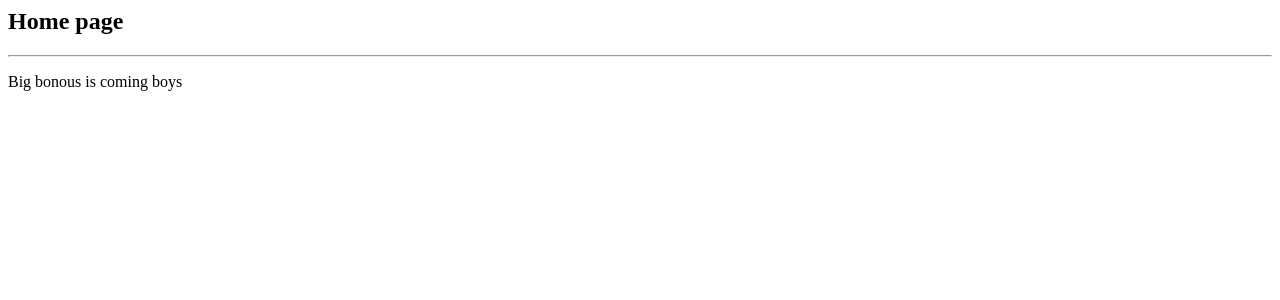
Repository: hardytomp/study-spring-hibernate-jpa-springboot-rest
Page: http://localhost/spring-security-demo-07-user-roles/leaders
An editor plug-in stored every save of this project. The page is shown before and after the next save, followed by the edit.
The browser window is 1280 px wide. The pictures show the whole page.
The page is served by Tomcat 9.

Above is the page before, as saved 2020-04-27 06:21:08.

After the next save:
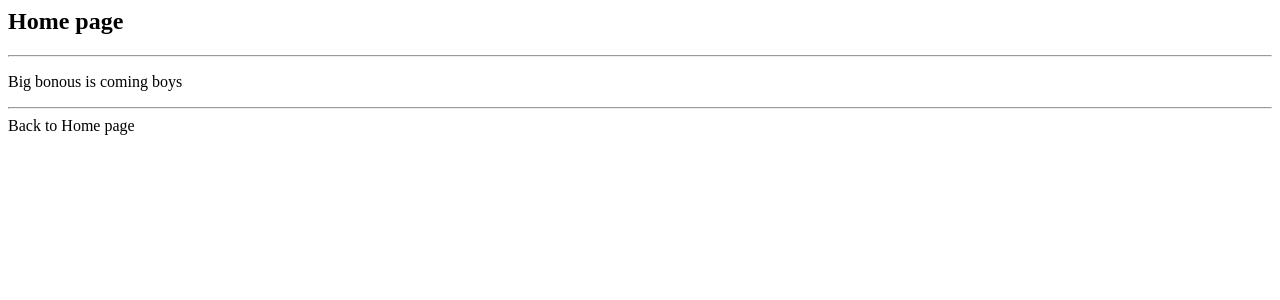
Saved 103 s later.
--- a/spring-security-demo-07-user-roles/src/main/webapp/WEB-INF/view/leaders.jsp
+++ b/spring-security-demo-07-user-roles/src/main/webapp/WEB-INF/view/leaders.jsp
@@ -10,6 +10,8 @@
 		<p>
 			Big bonous is coming boys
 		</p>
+		<hr>
+		<a= href="${pageContext.request.contextPath}/">Back to Home page</a>
 
 	</body>
 </html>
